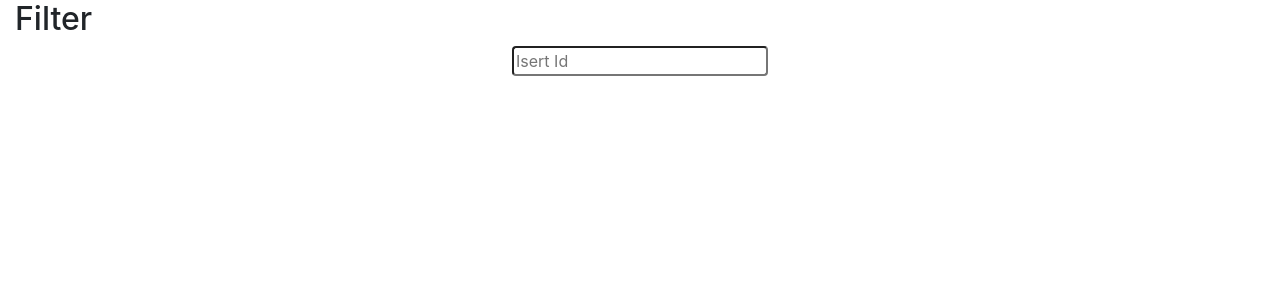
Repository: MuriloColleti/testjeff
Page: index.html
The author's editor kept a copy of each file at every save. The page is drawn from the files as they stood at one save, then again after a run of saves.
The browser window is 1280 px wide. The pictures show the whole page.

Above is the page before, as saved 2025-09-01 09:53:06.
Console error: SyntaxError: Illegal return statement

### index.html
<!DOCTYPE html>
<body lang="en">
  <head>
    <meta charset="UTF-8" />
    <meta name="viewport" content="width=device-width, initial-scale=1.0" />
    <title>Teste jeff</title>
		<link rel="stylesheet" href="https://cdn.jsdelivr.net/npm/bootstrap@4.1.3/dist/css/bootstrap.min.css" integrity="sha384-MCw98/SFnGE8fJT3GXwEOngsV7Zt27NXFoaoApmYm81iuXoPkFOJwJ8ERdknLPMO" crossorigin="anonymous">
  </head>
  <body>
<div class="container-fluid">
		<h2>Filter</h2>
</div>

<div class="d-flex justify-content-center">
		<input type="text" id="inputId" class="rounded" placeholder="Isert Id"/>

		<p id="result"></p>
</div>
    <script src="script.js"></script>
	</body>
</html>

### script.js
const users = [
  { id: 7, firstName: "Ana", lastName: "Silva", birthDate: new Date("1990-03-15") },
  { id: 23, firstName: "Carlos", lastName: "Santos", birthDate: new Date("1985-07-22") },
  { id: 11, firstName: "Maria", lastName: "Oliveira", birthDate: new Date("1992-11-08") },
  { id: 45, firstName: "João", lastName: "Ferreira", birthDate: new Date("1988-01-30") },
  { id: 3, firstName: "Beatriz", lastName: "Costa", birthDate: new Date("1995-09-12") },
  { id: 18, firstName: "Pedro", lastName: "Almeida", birthDate: new Date("1987-05-03") },
  { id: 32, firstName: "Juliana", lastName: "Ribeiro", birthDate: new Date("1991-12-25") },
  { id: 9, firstName: "Rafael", lastName: "Lima", birthDate: new Date("1993-04-18") },
  { id: 56, firstName: "Fernanda", lastName: "Rocha", birthDate: new Date("1989-08-07") },
  { id: 14, firstName: "Lucas", lastName: "Martins", birthDate: new Date("1994-02-14") },
  { id: 67, firstName: "Camila", lastName: "Barbosa", birthDate: new Date("1986-10-29") },
  { id: 21, firstName: "Thiago", lastName: "Carvalho", birthDate: new Date("1990-06-11") },
  { id: 38, firstName: "Amanda", lastName: "Nascimento", birthDate: new Date("1992-03-05") },
  { id: 5, firstName: "Bruno", lastName: "Souza", birthDate: new Date("1988-09-19") },
  { id: 49, firstName: "Larissa", lastName: "Pereira", birthDate: new Date("1991-01-27") },
  { id: 72, firstName: "Diego", lastName: "Gomes", birthDate: new Date("1987-11-16") },
  { id: 26, firstName: "Priscila", lastName: "Mendes", birthDate: new Date("1994-07-02") },
  { id: 83, firstName: "Gustavo", lastName: "Cardoso", birthDate: new Date("1989-04-23") },
  { id: 15, firstName: "Tatiane", lastName: "Freitas", birthDate: new Date("1993-08-31") },
  { id: 41, firstName: "Rodrigo", lastName: "Dias", birthDate: new Date("1986-12-09") }
];

const input = document.getElementById("inputId");
const pResult = document.getElementById("result");

function viewresult(list) {
	pResult.innerHTML = "";
}

if (list.length === 0) {
	pResult.innerHTML = "<li> nenhum resultado encontrado"
	return;
}

list.array.forEach(user => {
	const li = document.createElement('li');
	li.textContent = user.id;
	ulResult.appendChild(li);
});

viewresult(users)

input.addEventListener("Input", () => {
	const text = input.value.toLowerCase();
})

const filters = users.filter(user =>
	user.id.toLowerCase().includes(text)
);

viewresult(filters);

After the next 3 saves:
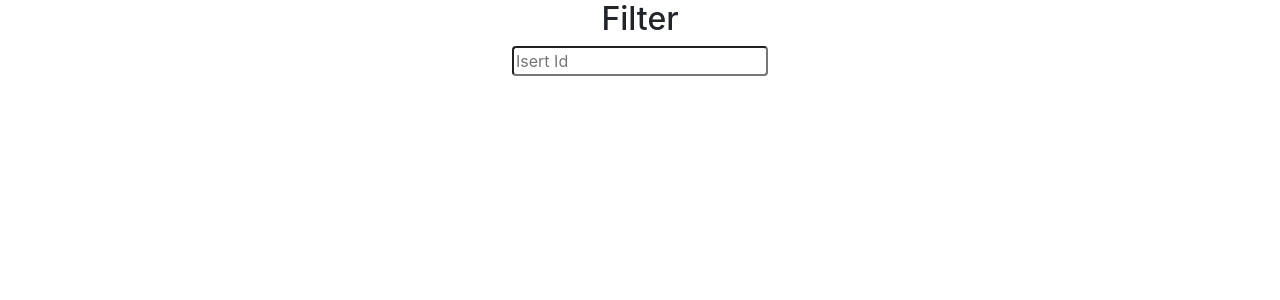
The 3 saves are shown as one change because they came seconds apart.
The last was saved 11 s later.
--- a/index.html
+++ b/index.html
@@ -7,7 +7,7 @@
 		<link rel="stylesheet" href="https://cdn.jsdelivr.net/npm/bootstrap@4.1.3/dist/css/bootstrap.min.css" integrity="sha384-MCw98/SFnGE8fJT3GXwEOngsV7Zt27NXFoaoApmYm81iuXoPkFOJwJ8ERdknLPMO" crossorigin="anonymous">
   </head>
   <body>
-<div class="container-fluid">
+<div class="container-fluid d-flex justify-content-center">
 		<h2>Filter</h2>
 </div>
 
